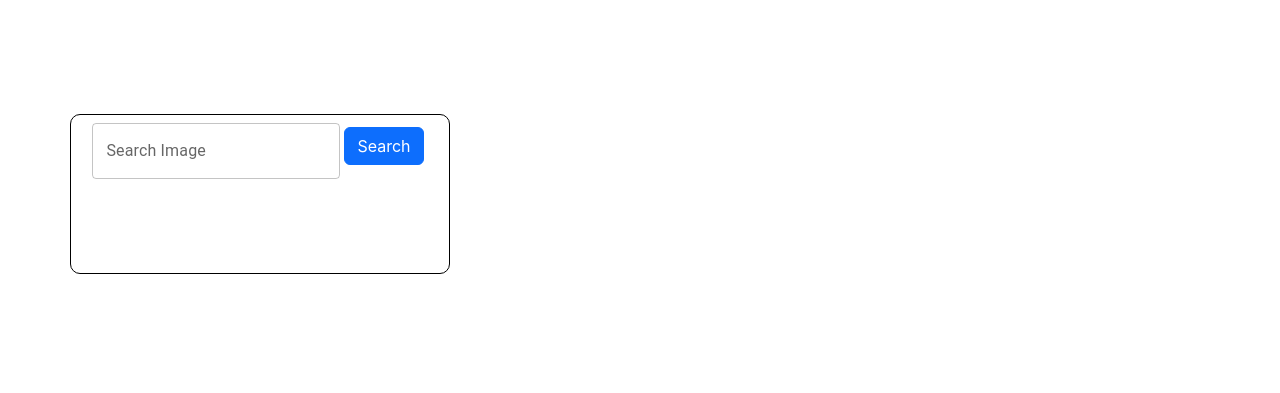
Repository: mohit78911/Snapshot
Page: /
An editor plug-in stored every save of this project. The page is shown before and after the next save, followed by the edit.
The browser window is 1280 px wide. The pictures show the whole page.
The project was rebuilt for these pictures with package versions that can differ from the ones it lists, and the page was loaded fresh each time. Also part of the build but not shown: src/snapshot/SearchBox.css.

Above is the page before, as saved 2023-09-01 10:48:41.

### public/index.html
<!DOCTYPE html>
<html lang="en">
  <head>
    <meta charset="utf-8" />
    <link rel="icon" href="%PUBLIC_URL%/favicon.ico" />
    <link href="https://cdn.jsdelivr.net/npm/bootstrap@5.3.1/dist/css/bootstrap.min.css" rel="stylesheet" integrity="sha384-4bw+/aepP/YC94hEpVNVgiZdgIC5+VKNBQNGCHeKRQN+PtmoHDEXuppvnDJzQIu9" crossorigin="anonymous">
    <meta name="viewport" content="width=device-width, initial-scale=1" />
    <meta name="theme-color" content="#000000" />
    <meta
      name="description"
      content="Web site created using create-react-app"
    />
    <link rel="apple-touch-icon" href="%PUBLIC_URL%/logo192.png" />

    <link rel="manifest" href="%PUBLIC_URL%/manifest.json" />

    <title>React App</title>
  </head>
  <body style="text-align: center;">
    <noscript>You need to enable JavaScript to run this app.</noscript>
    <div id="root"></div>
    <script src="https://cdn.jsdelivr.net/npm/bootstrap@5.3.1/dist/js/bootstrap.bundle.min.js" integrity="sha384-HwwvtgBNo3bZJJLYd8oVXjrBZt8cqVSpeBNS5n7C8IVInixGAoxmnlMuBnhbgrkm" crossorigin="anonymous"></script>
  </body>
</html>

### src/App.js
import { Box } from "@mui/material";
import React from "react";
import SnapShot from "./snapshot/SnapShot";
console.log("hey i am snapshot Component")
export default function App() {
  return (
    <Box>
      <SnapShot />
    </Box>
  );
}

### src/snapshot/SnapShot.js
import React, { useEffect, useState } from "react";
import axios from "axios";
import "../App.css";

import SnapshotTable from "./SnapshotTable";
import SearchBox from "./SearchBox";

export default function SnapShot() {
  const [image, setImage] = useState("");
  const [data, setData] = useState([]);
  const getData = (e) => {
    e.preventDefault();
    axios
      .get(
        `https://api.unsplash.com/search/collections?page=1&query=${image}&client_id=-DzO7DyFZFBUXuUjR2Tb8dbbi8Qcg40oNw2kVfqoREI`
      )
      .then((result) => {
        setData(result.data.results[0].preview_photos);
        // console.log(result.data.results[0].preview_photos);
      })
      .catch((error) => console.log(error));
  };

  // useEffect(() => {
  //   getData();
  // }, []);

  console.log(data);
  return (
    <div class="container">
    <div class="row">
      <div class="col-4" className="firstColoum">
      <SearchBox setImage={setImage} image={image} getData={getData} />
      </div>
      <div class="col-8">
      <SnapshotTable data={data} />
      </div>
    </div>
    </div>
  );
}

### src/App.css
.App {
  text-align: center;
}

.App-logo {
  height: 40vmin;
  pointer-events: none;
}

@media (prefers-reduced-motion: no-preference) {
  .App-logo {
    animation: App-logo-spin infinite 20s linear;
  }
}

.App-header {
  background-color: #282c34;
  min-height: 100vh;
  display: flex;
  flex-direction: column;
  align-items: center;
  justify-content: center;
  font-size: calc(10px + 2vmin);
  color: white;
}

.App-link {
  color: #61dafb;
}

@keyframes App-logo-spin {
  from {
    transform: rotate(0deg);
  }

  to {
    transform: rotate(360deg);
  }
}

.firstColoum{
  margin-top: 10%;
  border: 1px solid black;
  border-radius: 10px;
  height: 10rem;
}

### src/snapshot/SnapshotTable.js
import React from "react";
import "./SnapshotCss.css";

function SnapshotTable({ data }) {
  return (
    <div>
      <div>
        {data.map((value, i) => {
          return (
            <tr key={i} className="imgdisplay">
              <td>
                <div className="card" style={{ width: "18rem" }}>
                  <img className="card-img-top" src={value.urls.regular} />
                </div>
              </td>
            </tr>
          );
        })}
      </div>
    </div>
  );
}

export default SnapshotTable;

### src/snapshot/SearchBox.js
import React from "react";
import { TextField } from "@mui/material";
import "./SearchBox.css"

function SearchBox({ getData, setImage, image }) {
  return (
    <div>
      <div>
        <form onSubmit={getData} className="mt-2">
          <TextField
            value={image}
            onChange={(e) => setImage(e.target.value)}
            label="Search Image"
          />
          <button type="submit" className="btn btn-primary m-1">
            Search
          </button>
        </form>
      </div>
    </div>
  );
}

export default SearchBox;

### src/snapshot/SnapshotCss.css
.imgdisplay {
    display:inline-flex;
    margin-top: 15px;
    /* justify-content: center;
    align-items: center;
    align-content: center; */
}

*{
    flex: 5;
}

Loaded but not shown: src/index.js (common file); src/index.css (common file); src/reportWebVitals.js (common file)

After the next save:
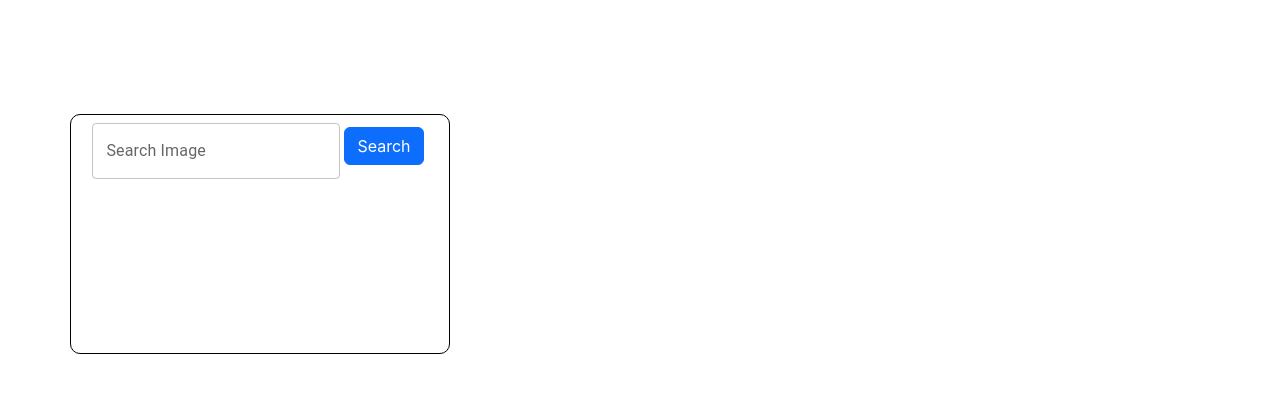
Saved 7 s later.
--- a/src/App.css
+++ b/src/App.css
@@ -42,5 +42,5 @@
   margin-top: 10%;
   border: 1px solid black;
   border-radius: 10px;
-  height: 10rem;
+  height: 15rem;
 }
